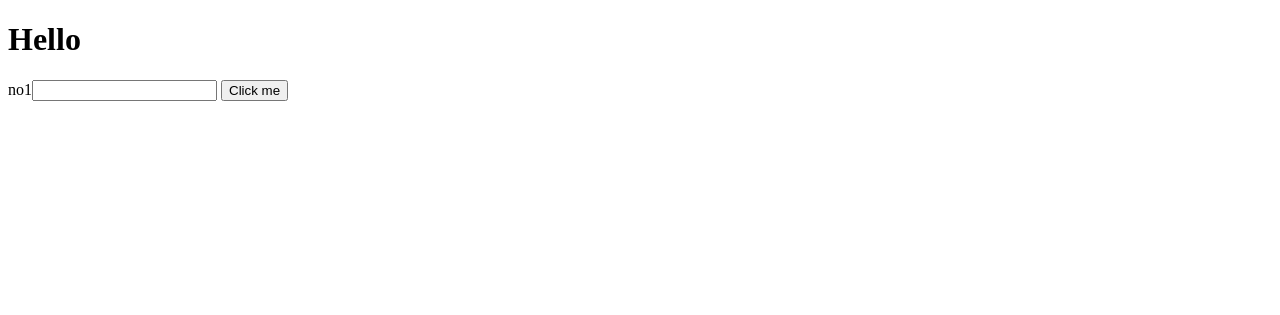
Repository: Strangeryoga/JSHS
Page: J2EE/P1/src/main/webapp/ok.html
The author's editor kept a copy of each file at every save. The page is drawn from the files as they stood at one save, then again after the next save.
The browser window is 1280 px wide. The pictures show the whole page.

Above is the page before, as saved 2023-05-22 17:59:44.

### J2EE/P1/src/main/webapp/ok.html
<!DOCTYPE html>
<html>
<head>
<meta charset="UTF-8">
<title>Insert title here</title>
</head>
<body>

<form action="h1" method=get>
<h1>Hello</h1>
no1<input type="text" name="num1">
<button>Click me</button>
</form>
</body>
</html>

After the next save:
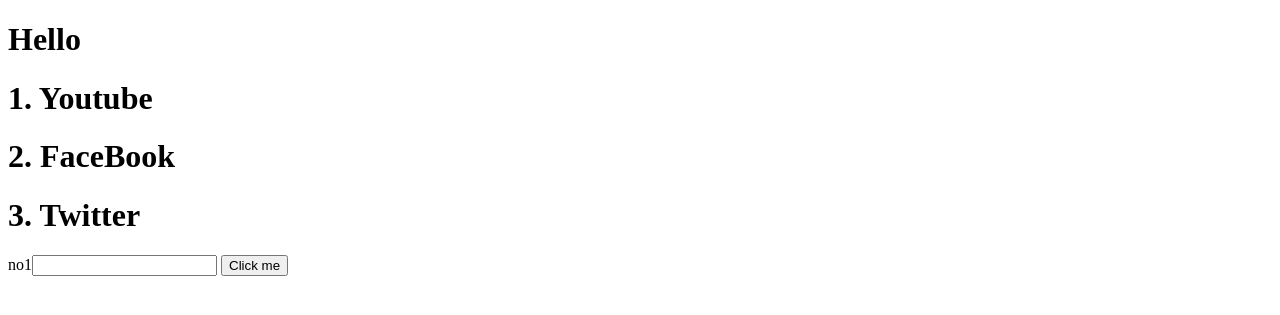
Saved 46 s later.
--- a/J2EE/P1/src/main/webapp/ok.html
+++ b/J2EE/P1/src/main/webapp/ok.html
@@ -8,6 +8,9 @@
 
 <form action="h1" method=get>
 <h1>Hello</h1>
+<h1>1. Youtube</h1>
+<h1>2. FaceBook</h1>
+<h1>3. Twitter</h1>
 no1<input type="text" name="num1">
 <button>Click me</button>
 </form>
